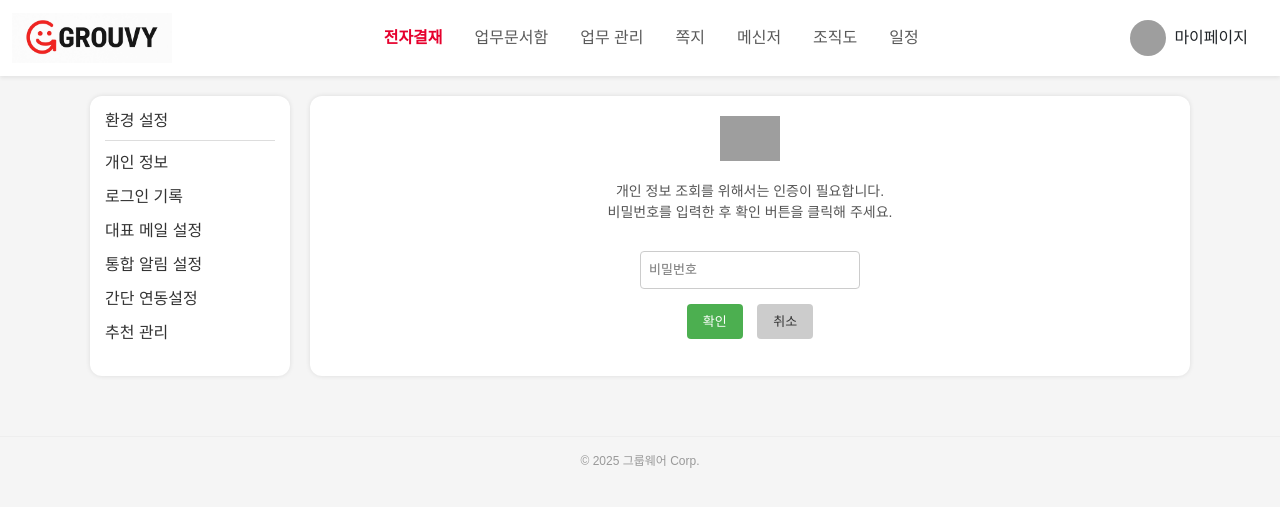
Repository: hyunbin7664/web-java-workspace
Page: groupware/src/main/webapp/mypage.html
The author's editor kept a copy of each file at every save. The page is drawn from the files as they stood at one save, then again after the next save.
The browser window is 1280 px wide. The pictures show the whole page.
Pictures or frames that could not be fetched are drawn as grey boxes.

Above is the page before, as saved 2025-07-08 02:33:10.

### groupware/src/main/webapp/mypage.html
<!DOCTYPE html>
<html lang="ko">
<head>
<meta charset="UTF-8">
<title>마이페이지</title>
<link
	href="https://cdn.jsdelivr.net/npm/bootstrap@5.3.2/dist/css/bootstrap.min.css"
	rel="stylesheet">
<style>
body {
	margin: 0;
	font-family: Arial, sans-serif;
	background-color: #f5f5f5;
	color: #333;
}

/* header {
	background-color: #fff;
	border-bottom: 1px solid #ddd;
	padding: 15px 20px;
	display: flex;
	align-items: center;
	justify-content: space-between;
}

header h1 {
	font-size: 20px;
	margin: 0;
} */

.navbar-brand {
	color: #e6002d !important;
	font-size: 1.5rem;
}

.nav-item {
	padding-right: 1rem;
}

.navbar-nav .nav-link.active {
	font-weight: bold;
	color: #e6002d !important;
}

.logo-img {
	width: 160px;
	height: 50px;
	object-fit: cover;
	object-position: center;
}

.navbar .container-fluid {
	padding-right: 2rem;
}

.container {
	display: flex;
	padding: 20px;
}

.sidebar {
	width: 200px;
	background-color: white;
	border-radius: 12px;
	padding: 15px;
	margin-right: 20px;
	box-shadow: 0 0 5px rgba(0, 0, 0, 0.1);
}

.sidebar h3 {
	margin-top: 0;
	font-size: 16px;
	border-bottom: 1px solid #ddd;
	padding-bottom: 10px;
}

.sidebar ul {
	list-style: none;
	padding: 0;
}

.sidebar ul li {
	margin: 10px 0;
}

.sidebar ul li a {
	color: #333;
	text-decoration: none;
}

.sidebar ul li a.active, .sidebar ul li a:hover {
	color: #1abc9c;
	font-weight: bold;
}

.main-content {
	flex: 1;
	background-color: white;
	padding: 50px 20px;
	text-align: center;
	border-radius: 12px;
	padding: 20px;
	box-shadow: 0 0 5px rgba(0, 0, 0, 0.1);
	/* margin: 0 auto; */
}

.main-content img {
	width: 60px;
	margin-bottom: 20px;
}

.main-content p {
	font-size: 14px;
	color: #555;
}

.main-content input[type="password"] {
	padding: 8px;
	width: 220px;
	margin-top: 12px;
	border: 1px solid #ccc;
	border-radius: 4px;
	font-size: 13px;
}

.main-content div {
	margin-top: 15px;
}

.main-content button {
	padding: 8px 16px;
	margin: 0 5px;
	border: none;
	border-radius: 4px;
	cursor: pointer;
	font-size: 13px;
}

.confirm-btn {
	background-color: #4CAF50;
	color: #fff;
}

.cancel-btn {
	background-color: #ccc;
	color: #333;
}

footer {
	text-align: center;
	padding: 15px;
	font-size: 12px;
	color: #999;
	border-top: 1px solid #eee;
	margin-top: 40px;
}
</style>
</head>
<body>

	<nav class="navbar navbar-expand-lg navbar-light bg-white shadow-sm">
		<div class="container-fluid">
			<a class="navbar-brand d-flex align-items-center" href="index.html">
				<span class="logo-crop">
					<img src="grouvy_logo.jpg" alt="GROUVY 로고" class="logo-img">
				</span>
			</a>
			<ul class="navbar-nav mb-2 mb-lg-0">
				<li class="nav-item"><a class="nav-link active" href="#">전자결재</a></li>
				<!-- 커서 active-->
				<li class="nav-item"><a class="nav-link" href="#">업무문서함</a></li>
				<li class="nav-item"><a class="nav-link" href="#">업무 관리</a></li>
				<li class="nav-item"><a class="nav-link" href="#">쪽지</a></li>
				<li class="nav-item"><a class="nav-link" href="#">메신저</a></li>
				<li class="nav-item"><a class="nav-link" href="#">조직도</a></li>
				<li class="nav-item"><a class="nav-link" href="#">일정</a></li>
			</ul>
			<div class="d-flex align-items-center">
				<a href="mypage.html" >
					<img src="https://search.pstatic.net/sunny/?src=https%3A%2F%2Fs3.orbi.kr%2Fdata%2Ffile%2Funited2%2F6cc64e06aa404ac3a176745b9c1d5bfa.jpeg&type=sc960_832"
							alt="프로필" class="rounded-circle" width="36" height="36">
				</a>
				<a href="mypage.html" class="ms-2 text-decoration-none text-dark">마이페이지</a>
			</div>
		</div>
	</nav>

	<main>
		<div class="container">
			<div class="sidebar">
				<h3>환경 설정</h3>
				<ul>
					<li>개인 정보</li>
					<li>로그인 기록</li>
					<li>대표 메일 설정</li>
					<li>통합 알림 설정</li>
					<li>간단 연동설정</li>
					<li>추천 관리</li>
				</ul>
			</div>

			<div class="main-content">
				<img src="https://cdn-icons-png.flaticon.com/512/3064/3064197.png"
					alt="lock icon">
				<p>
					개인 정보 조회를 위해서는 인증이 필요합니다.<br> 비밀번호를 입력한 후 확인 버튼을 클릭해 주세요.
				</p>
				<input type="password" placeholder="비밀번호">
				<div>
					<button class="confirm-btn">확인</button>
					<button class="cancel-btn">취소</button>
				</div>
			</div>
		</div>

	</main>

	<footer>© 2025 그룹웨어 Corp.</footer>

</body>
</html>

After the next save:
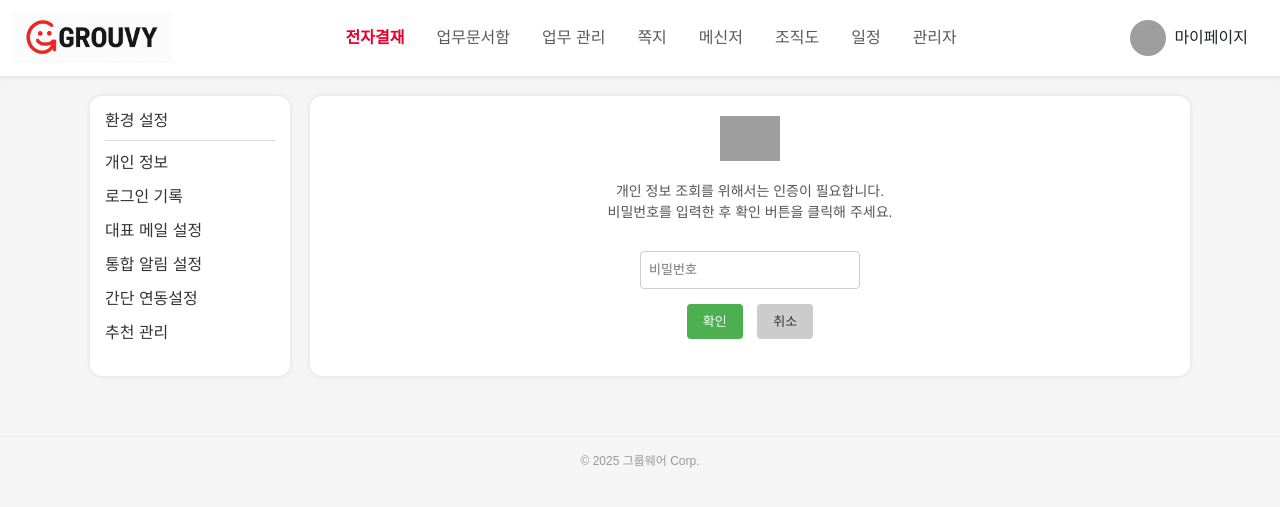
Saved 110 s later.
--- a/groupware/src/main/webapp/mypage.html
+++ b/groupware/src/main/webapp/mypage.html
@@ -174,6 +174,7 @@ footer {
 				<li class="nav-item"><a class="nav-link" href="#">메신저</a></li>
 				<li class="nav-item"><a class="nav-link" href="#">조직도</a></li>
 				<li class="nav-item"><a class="nav-link" href="#">일정</a></li>
+				<li class="nav-item"><a class="nav-link" href="admin_dashboard.html">관리자</a></li>
 			</ul>
 			<div class="d-flex align-items-center">
 				<a href="mypage.html" >
